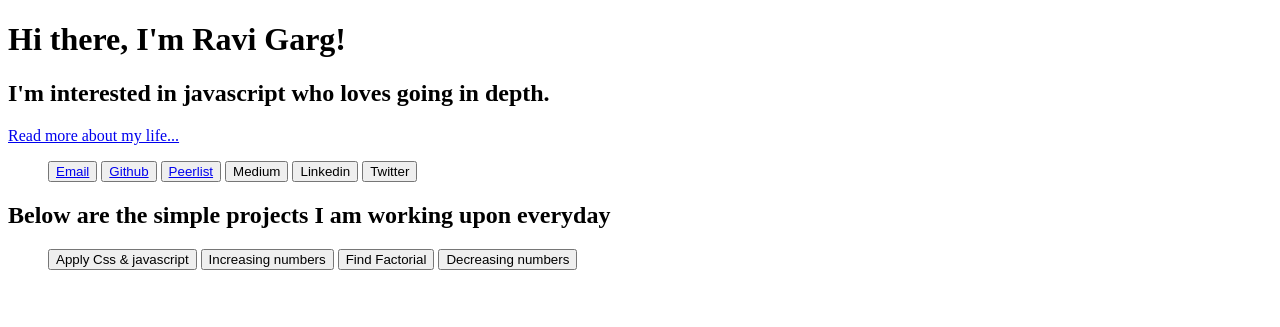
Repository: ravigarg001/musafir
Page: index.html
An editor plug-in stored every save of this project. The page is shown before and after a run of saves, followed by the edit.
The browser window is 1280 px wide. The pictures show the whole page.

Above is the page before, as saved 2022-05-02 09:20:27.

After the next 2 saves:
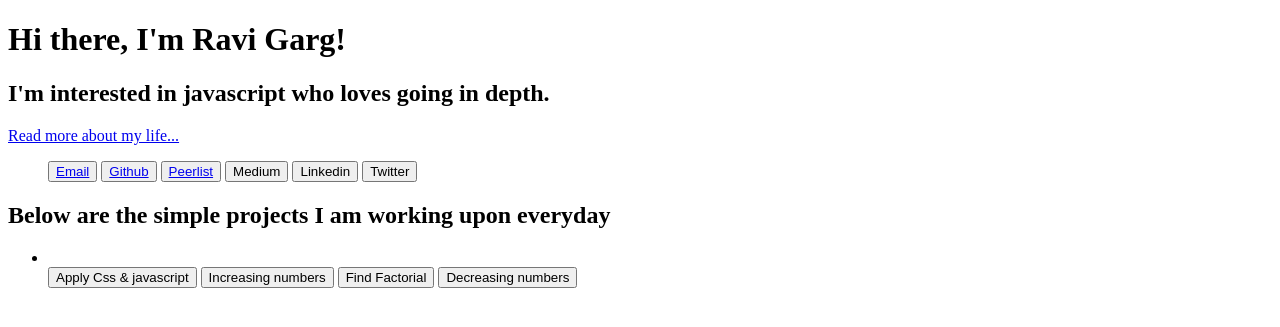
The 2 saves are shown as one change because they came seconds apart.
The last was saved 32 s later.
--- a/index.html
+++ b/index.html
@@ -25,7 +25,7 @@
 </footer>
 <h2>Below are the simple projects I am working upon everyday</h2>
 <ul>
-  <button class="cssAdder" onclick="addCssAndJs()">Apply Css & javascript</button>
+  <li></li><button class="cssAdder" onclick="addCssAndJs()">Apply Css & javascript</button>
   <button onclick="inputNumber1()">Increasing numbers </button>
   <button onclick="inputNumber()">Find Factorial</button>
   <button onclick="inputNumber2()">Decreasing numbers</button>

After the save that followed:
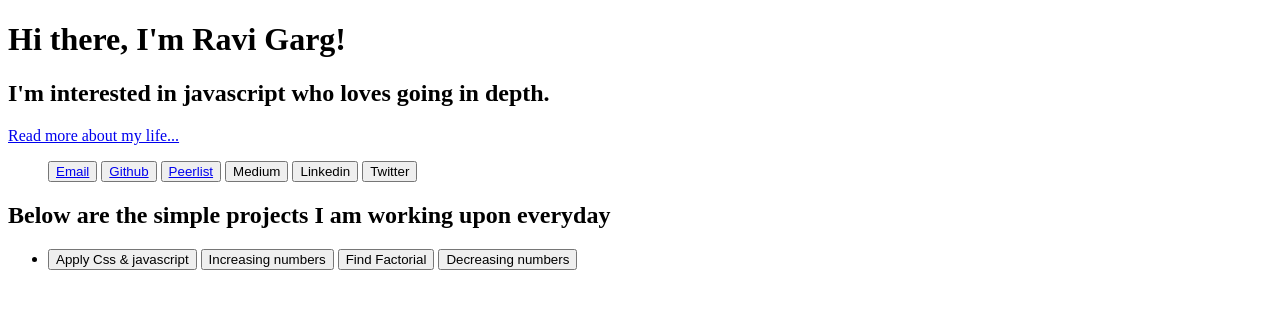
Saved 4 s later.
--- a/index.html
+++ b/index.html
@@ -25,7 +25,7 @@
 </footer>
 <h2>Below are the simple projects I am working upon everyday</h2>
 <ul>
-  <li></li><button class="cssAdder" onclick="addCssAndJs()">Apply Css & javascript</button>
+  <li><button class="cssAdder" onclick="addCssAndJs()">Apply Css & javascript</button>
   <button onclick="inputNumber1()">Increasing numbers </button>
   <button onclick="inputNumber()">Find Factorial</button>
   <button onclick="inputNumber2()">Decreasing numbers</button>
